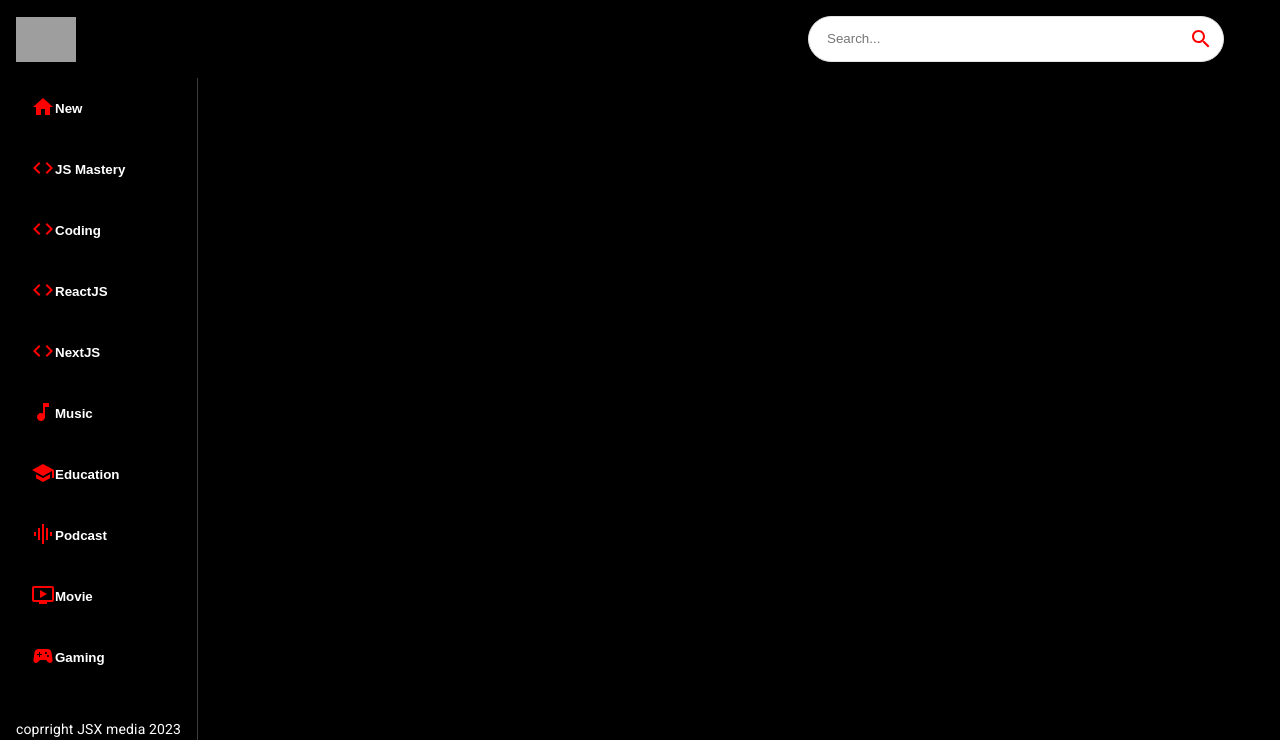
Repository: hieuhieu10/youtube_clone
Page: /
The author's editor kept a copy of each file at every save. The page is drawn from the files as they stood at one save, then again after the next save.
The browser window is 1280 px wide. The pictures show the whole page.
Pictures or frames that could not be fetched are drawn as grey boxes. The project was rebuilt for these pictures with package versions that can differ from the ones it lists, and the page was loaded fresh each time. Also part of the build but not shown: src/components/ChannelDetail.jsx, src/components/VideoDetail.jsx, src/components/SearchFeed.jsx.

Above is the page before, as saved 2023-04-13 18:08:13.

### public/index.html
<!DOCTYPE html>
<html lang="en">

<head>
  <meta charset="utf-8" />
  <link rel="icon" href="%PUBLIC_URL%/favicon.ico" />
  <meta name="viewport" content="width=device-width, initial-scale=1" />
  <meta name="theme-color" content="#000000" />
  <meta name="description" content="Web site created using create-react-app" />
  <link rel="apple-touch-icon" href="%PUBLIC_URL%/logo192.png" />

  <link rel="manifest" href="%PUBLIC_URL%/manifest.json" />
  <link rel="stylesheet" href="https://fonts.googleapis.com/icon?family=Material+Icons" />
  <link rel="stylesheet" href="https://fonts.googleapis.com/css?family=Roboto:300,400,500,700&display=swap" />
  <title>youtube Clone</title>
</head>

<body>
  <noscript>You need to enable JavaScript to run this app.</noscript>
  <div id="root"></div>

</body>

</html>

### src/index.js
import React from "react";
import  ReactDOM  from "react-dom/client";

import App from "./App";
import './index.css';

const root = ReactDOM.createRoot(document.getElementById('root'))
root.render(<App/>)

### src/App.js
import React from 'react'
import { BrowserRouter, Routes, Route } from 'react-router-dom'
import { Box } from '@mui/material'

import { Navbar, ChannelDetail, Feed, SearchFeed, VideoDetail } from './components'

const App = () => (
      <BrowserRouter>
      <Box sx={{backgroundColor: '#000'}}>
         < Navbar/>
          <Routes>
            <Route path='/' exact element={<Feed/>}/>
            <Route path='/video/:id'  element={<VideoDetail/>}/>
            <Route path='/Channel/:id'  element={<ChannelDetail/>}/>
            <Route path='/Search/:SearchTerm'  element={<SearchFeed/>}/>
          </Routes>
      </Box>
      </BrowserRouter>
      )

export default App

### src/components/index.js
export {default as Navbar}  from './Navbar'
export {default as Feed} from './Feed'
export {default as ChannelDetail} from './ChannelDetail'
export {default as VideoDetail} from './VideoDetail'
export {default as SearchFeed} from './SearchFeed'
export {default as SearchBar} from './SearchBar'
export {default as SideBar} from './SideBar'

### src/components/Navbar.jsx
import { Stack } from "@mui/material"
import { Link } from "react-router-dom"

import {logo} from '../utils/constants'
import SearchBar from "./SearchBar"
const Navbar = () => (
    <Stack direction='row'
    alignItems='center'
    p={2}
    sx={{ position: 'sticky',background: '#000',
    top:0, justifyContent: 'space-between' }}>
      <Link to='/' style={{display: 'flex', alignItems: 'center'}}>
        <img src={logo} alt="logo" height={45}/>
      </Link>
      <SearchBar/>

      </Stack>
  )


export default Navbar

### src/components/Feed.jsx
import { useState, useEffect } from "react"
import { Box, Stack, Typography } from "@mui/material"
import SideBar from "./SideBar"
const Feed = () => {
  return (
    <Stack sx={{flexDirection: {sx: "column", md: "row"}}}>
      <Box sx={{height: {sx: 'auto', md: '92vh', } , borderRight: '1px solid #3d3d3d', px: {sx: 0, md: 2}}}>
        <SideBar/>
        <Typography className="copyright" variant="body2" sx={{mt: 1.5, color: '#fff'}}>
          coprright JSX media 2023
        </Typography>
      </Box>

    </Stack>
  )
}

export default Feed

### src/components/SearchBar.jsx
import { useState } from "react"
import { useNavigate } from "react-router-dom"
import { Paper, IconButton } from "@mui/material"
import {Search} from '@mui/icons-material'

const SearchBar = () => {
  return (
    <Paper component="form" onSubmit={()=>{}}
    sx={{borderRadius: 20 ,
        border: '1px solid #e3e3e3',
        pl:2,
        boxShadow: 'none',
        mr: {sm:5}
        }}>
          <input className="search-bar" placeholder="Search..." value="" onChange={()=>{}}/>
          <IconButton type="submit" sx={{p:'10px', color:'red' }}>
            <Search/>
          </IconButton>

    </Paper>
  )
}

export default SearchBar

### src/components/SideBar.jsx
import { Stack } from "@mui/material"
import { categories } from "../utils/constants"


const selectedCategory = "new"
const SideBar = () => {
  return (
    <Stack direction='row' sx={{overflow: 'auto', height: {sx: 'auto', md: '95%'}, flexDirection: { md: 'column'}}}>
        {categories.map((category) => (
            <button className="category-btn"
              style={{background: category.name === selectedCategory && '#FC1503', color: 'white'}}
              key={category.name}
            >
                <span style={{color: category.name === selectedCategory ? 'white' : 'red'}}>{category.icon}</span>
                <span>{category.name}</span>

            </button>
        ))}
    </Stack>
  )
}

export default SideBar

### src/utils/constants.js
import MusicNoteIcon from '@mui/icons-material/MusicNote';
import HomeIcon from '@mui/icons-material/Home';
import CodeIcon from '@mui/icons-material/Code';
import OndemandVideoIcon from '@mui/icons-material/OndemandVideo';
import SportsEsportsIcon from '@mui/icons-material/SportsEsports';
import LiveTvIcon from '@mui/icons-material/LiveTv';
import SchoolIcon from '@mui/icons-material/School';
import FaceRetouchingNaturalIcon from '@mui/icons-material/FaceRetouchingNatural';
import CheckroomIcon from '@mui/icons-material/Checkroom';
import GraphicEqIcon from '@mui/icons-material/GraphicEq';
import TheaterComedyIcon from '@mui/icons-material/TheaterComedy';
import FitnessCenterIcon from '@mui/icons-material/FitnessCenter';
import DeveloperModeIcon from '@mui/icons-material/DeveloperMode';

export const logo = 'https://i.ibb.co/s9Qys2j/logo.png';

export const categories = [
  { name: 'New', icon: <HomeIcon />, },
  { name: 'JS Mastery', icon: <CodeIcon />, },
  { name: 'Coding', icon: <CodeIcon />, },
  { name: 'ReactJS', icon: <CodeIcon />, },
  { name: 'NextJS', icon: <CodeIcon />, },
  { name: 'Music', icon: <MusicNoteIcon /> },
  { name: 'Education', icon: <SchoolIcon />, },
  { name: 'Podcast', icon: <GraphicEqIcon />, },
  { name: 'Movie', icon: <OndemandVideoIcon />, },
  { name: 'Gaming', icon: <SportsEsportsIcon />, },
  { name: 'Live', icon: <LiveTvIcon />, },
  { name: 'Sport', icon: <FitnessCenterIcon />, },
  { name: 'Fashion', icon: <CheckroomIcon />, },
  { name: 'Beauty', icon: <FaceRetouchingNaturalIcon />, },
  { name: 'Comedy', icon: <TheaterComedyIcon />, },
  { name: 'Gym', icon: <FitnessCenterIcon />, },
  { name: 'Crypto', icon: <DeveloperModeIcon />, },
];

export const demoThumbnailUrl = 'https://i.ibb.co/G2L2Gwp/API-Course.png';
export const demoChannelUrl = '/channel/UCmXmlB4-HJytD7wek0Uo97A';
export const demoVideoUrl = '/video/GDa8kZLNhJ4';
export const demoChannelTitle = 'JavaScript Mastery';
export const demoVideoTitle = 'Build and Deploy 5 JavaScript & React API Projects in 10 Hours - Full Course | RapidAPI';
export const demoProfilePicture = 'http://dergipark.org.tr/assets/app/images/buddy_sample.png'

Loaded but not shown: src/index.css (common file)

After the next save:
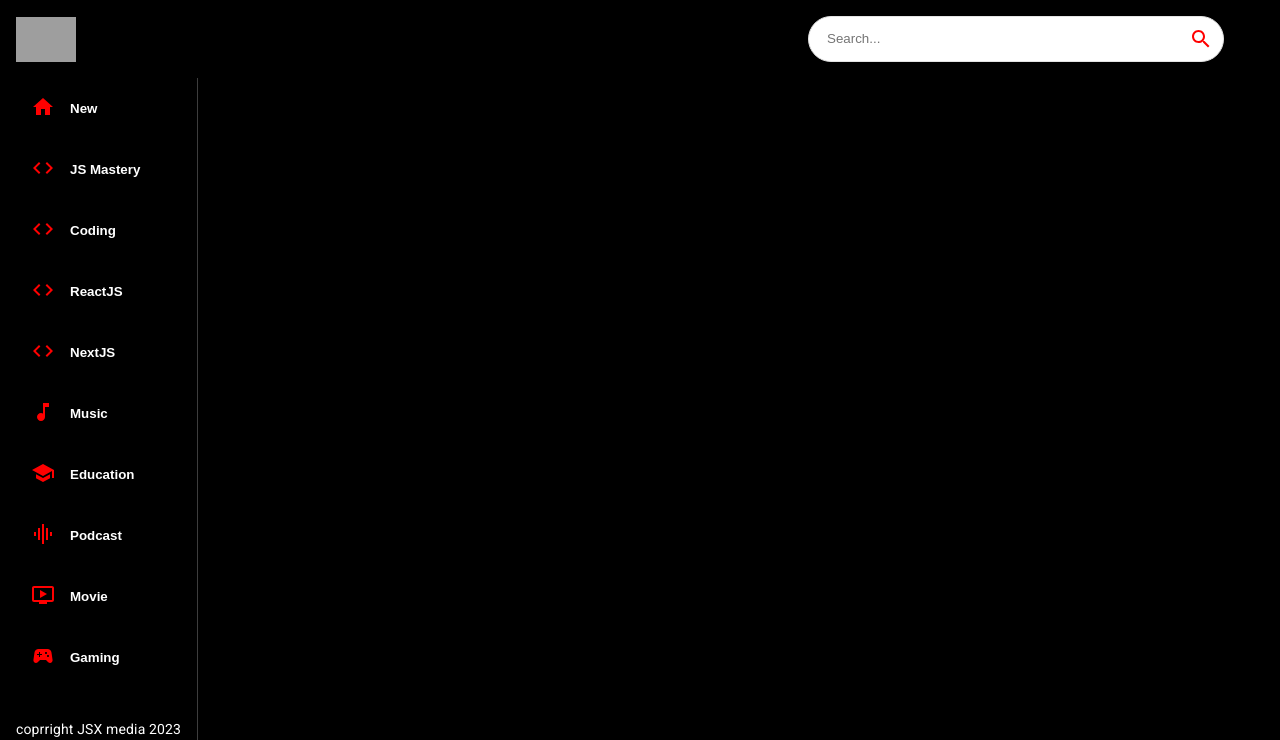
Saved 2 min 38 s later.
--- a/src/components/SideBar.jsx
+++ b/src/components/SideBar.jsx
@@ -11,7 +11,7 @@
               style={{background: category.name === selectedCategory && '#FC1503', color: 'white'}}
               key={category.name}
             >
-                <span style={{color: category.name === selectedCategory ? 'white' : 'red'}}>{category.icon}</span>
+                <span style={{color: category.name === selectedCategory ? 'white' : 'red', marginRight: '15px'}}>{category.icon}</span>
                 <span>{category.name}</span>
 
             </button>
